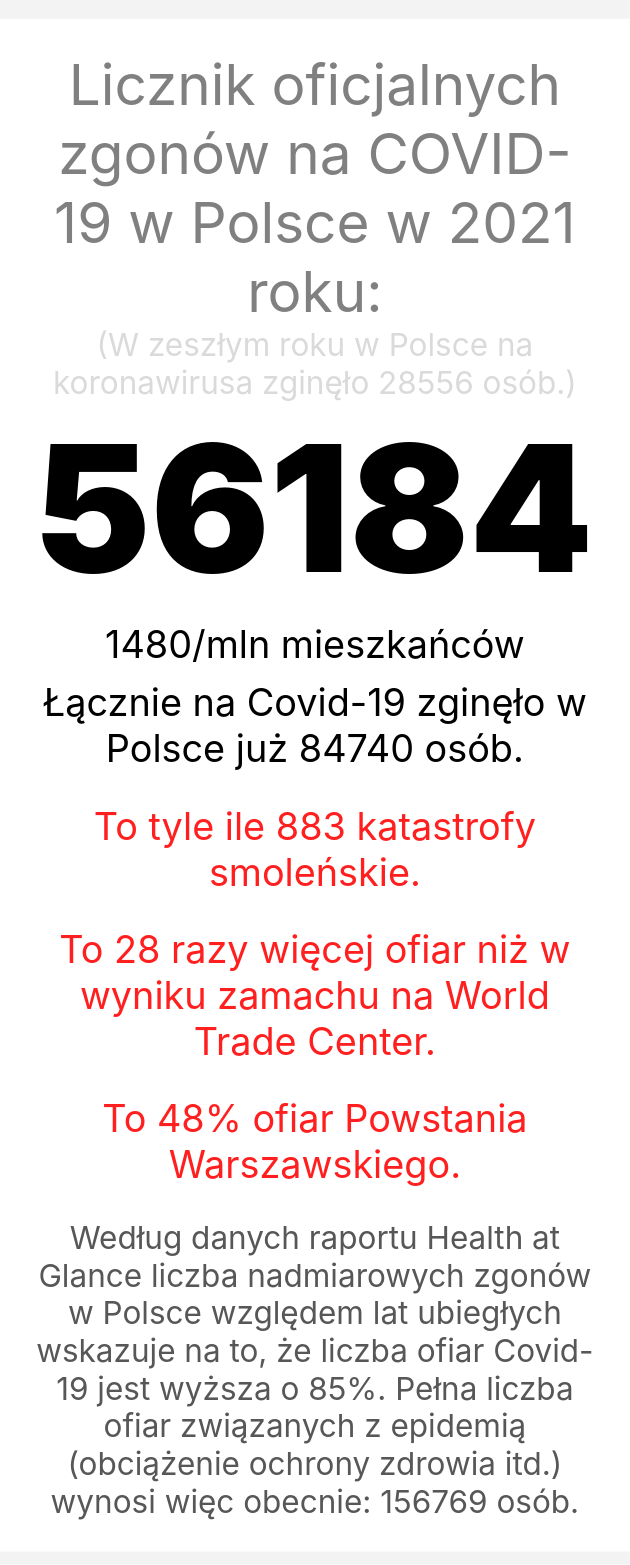
Repository: michalgornicki/poland-covid
Page: /
The author's editor kept a copy of each file at every save. The page is drawn from the files as they stood at one save, then again after the next save.
The browser window is 768 px wide. The pictures show the whole page, at 82% of full size.
The project was rebuilt for these pictures with package versions that can differ from the ones it lists, and the page was loaded fresh each time.

Above is the page before, as saved 2021-12-04 21:18:08.

### src/App.jsx
import React, { useEffect } from "react";
import "./App.css";

function App() {
  const startTime = () => {
    const date = new Date();
    let miliseconds = date.getTime();
    let seconds = Math.round(miliseconds / 1000);
    let thisYearSeconds = Math.round(seconds - 1609401600);
    let deaths = Math.round(thisYearSeconds * 0.00192110763);
    let allDeaths = deaths + 28556;
    let excessDeaths = Math.round(allDeaths*1.85);
    let smolensk = Math.round(allDeaths / 96);
    let tradeCenter = Math.round(allDeaths / 2977);
    let uprising = (allDeaths / 175000).toFixed(2) * 100;


    document.getElementsByClassName("counter")[0].innerHTML = deaths;
    let deathsPerMillion = Math.round(deaths / 37.95);
    document.getElementsByClassName("counter-2")[0].innerHTML =
      deathsPerMillion + "/mln mieszkańców";
    document.getElementsByClassName("counter-3")[0].innerHTML =
      "Łącznie na Covid-19 zginęło w Polsce już " + (deaths + 28556) + " osób.";
    document.getElementsByClassName("counter-4")[0].innerHTML =
      "To tyle ile " + smolensk + " katastrofy smoleńskie.";
      document.getElementsByClassName("counter-4")[1].innerHTML =
      "To " + tradeCenter + " razy więcej ofiar niż w wyniku zamachu na World Trade Center.";
      document.getElementsByClassName("counter-4")[2].innerHTML =
      "To " + uprising + "% ofiar Powstania Warszawskiego.";

      document.getElementsByClassName("counter-5")[0].innerHTML =
      "Według danych raportu Health at Glance liczba nadmiarowych zgonów w Polsce względem lat ubiegłych wskazuje na to, że liczba ofiar Covid-19 jest wyższa o 85%. Pełna liczba ofiar związanych z epidemią (obciążenie ochrony zdrowia itd.) wynosi więc obecnie: " + (excessDeaths) + " osób.";

    setTimeout(startTime, 1000);
  };

  useEffect(() => {
    startTime();
  });

  return (
    <p>
      <div className="text-container">
        <div className="header">
          Licznik oficjalnych zgonów na COVID-19 w Polsce w 2021 roku:
        </div>
        <div className="header-2">
          (W zeszłym roku w Polsce na koronawirusa zginęło 28556 osób.)
        </div>
        <div className="counter">{""}</div>
        <div className="counter-2">{""}</div>
        <div className="counter-3"></div>
        <div className="counter-4"></div>
        <div className="counter-4"></div>
        <div className="counter-4"></div>
        <div className="counter-5"></div>
      </div>
    </p>
  );
}

export default App;

### src/App.css
body{
    background-color: rgb(243, 243, 243);
}

.text-container{
    display: block;
    margin: auto;
    background-color: white;
    width: 60%;
    padding: 5vmin;
}

.header{
    font-size: 6vmin;
    display: block;
    margin: auto;
    width: 50%;
    text-align: center;
    color: gray;
}

.header-2{
    font-size: 2vmin;
    display: block;
    margin: auto;
    width: 50%;
    text-align: center;
    color: rgb(218, 218, 218);
}

.counter{
    font-size: 20vmin;
    font-weight: 900;
    display: block;
    margin: auto;
    width: 50%;
    text-align: center;
    color: rgb(0, 0, 0);
}

.counter-2{
    font-size: 3vmin;
    display: block;
    margin: auto;
    margin-top: 1vmin;
    width: 50%;
    text-align: center;
}

.counter-3{
    font-size: 3vmin;
    display: block;
    margin: auto;
    margin-top: 2vmin;
    width: 50%;
    text-align: center;
    color: rgb(0, 0, 0);
}

.counter-4{
    font-size: 2.5vmin;
    display: block;
    margin: auto;
    margin-top: 2vmin;
    width: 70%;
    text-align: center;
    color: rgb(255, 31, 31);
}


.counter-5{
    font-size: 2vmin;
    display: block;
    margin: auto;
    margin-top: 5vmin;
    width: fit-content;
    text-align: center;
    color: rgb(87, 87, 87);
}

@media only screen and (max-width: 800px) {

    .text-container{
        display: block;
        margin: auto;
        margin-top: 3%;
        background-color: white;
        width: 90%;
        padding: 5vmin;
    }

    .header{
        font-size: 9vmin;
        display: block;
        margin: auto;
        width: 100%;
        text-align: center;
        color: gray;
    }

    .header-2{
        font-size: 5vmin;
        display: block;
        margin: auto;
        width: 100%;
        text-align: center;
        color: rgb(218, 218, 218);
    }

    .counter{
        font-size: 28vmin;
        font-weight: 900;
        display: block;
        margin: auto;
        width: fit-content;
        text-align: center;
        color: rgb(0, 0, 0);
    }

    .counter-2{
        font-size: 6vmin;
        display: block;
        margin: auto;
        margin-top: 1vmin;
        width: fit-content;
        text-align: center;
    }

    .counter-3{
        font-size: 6vmin;
        display: block;
        margin: auto;
        margin-top: 2vmin;
        width: fit-content;
        text-align: center;
        color: rgb(0, 0, 0);
    }

    .counter-4{
        font-size: 6vmin;
        display: block;
        margin: auto;
        margin-top: 5vmin;
        width: fit-content;
        text-align: center;
        color: rgb(255, 31, 31);
    }


    .counter-5{
        font-size: 5vmin;
        display: block;
        margin: auto;
        margin-top: 5vmin;
        width: fit-content;
        text-align: center;
        color: rgb(87, 87, 87);
    }

}

Loaded but not shown: public/index.html (common file); src/index.js (common file); src/index.css (common file); src/reportWebVitals.js (common file)

After the next save:
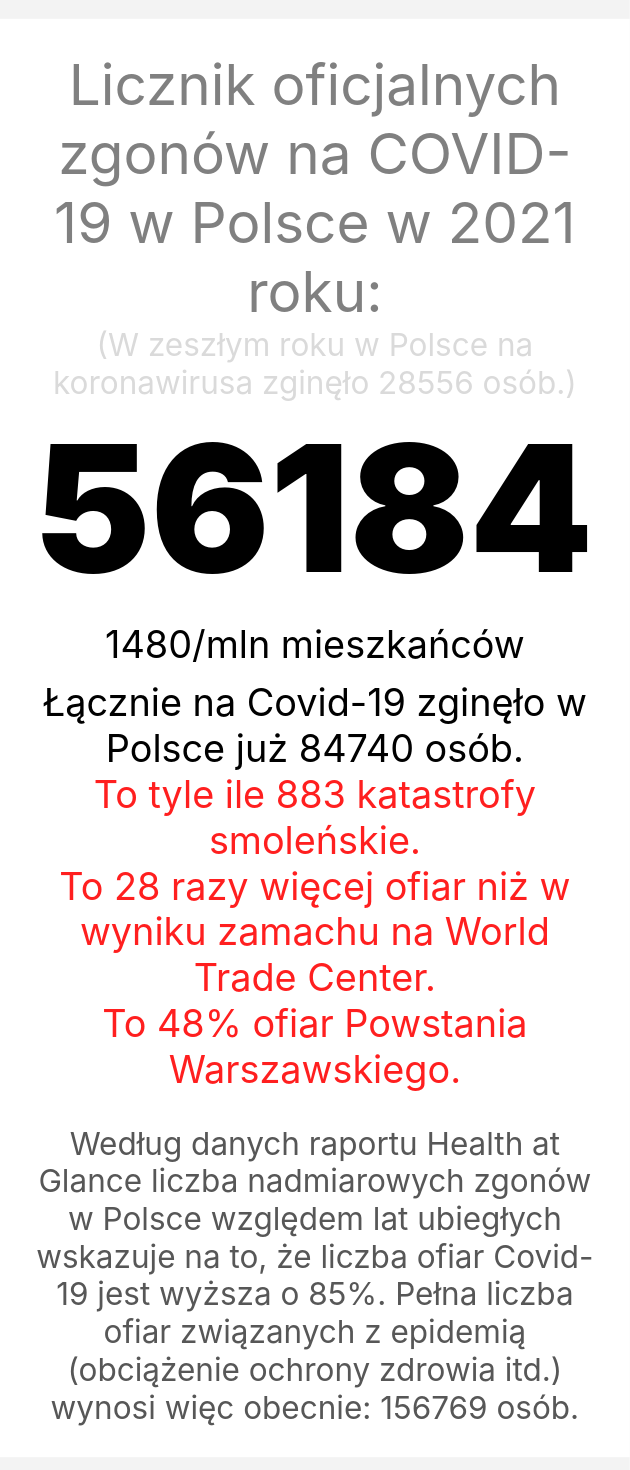
Saved 6 s later.
--- a/src/App.css
+++ b/src/App.css
@@ -140,7 +140,7 @@
         font-size: 6vmin;
         display: block;
         margin: auto;
-        margin-top: 5vmin;
+        margin-top: 0vmin;
         width: fit-content;
         text-align: center;
         color: rgb(255, 31, 31);

After the save that followed:
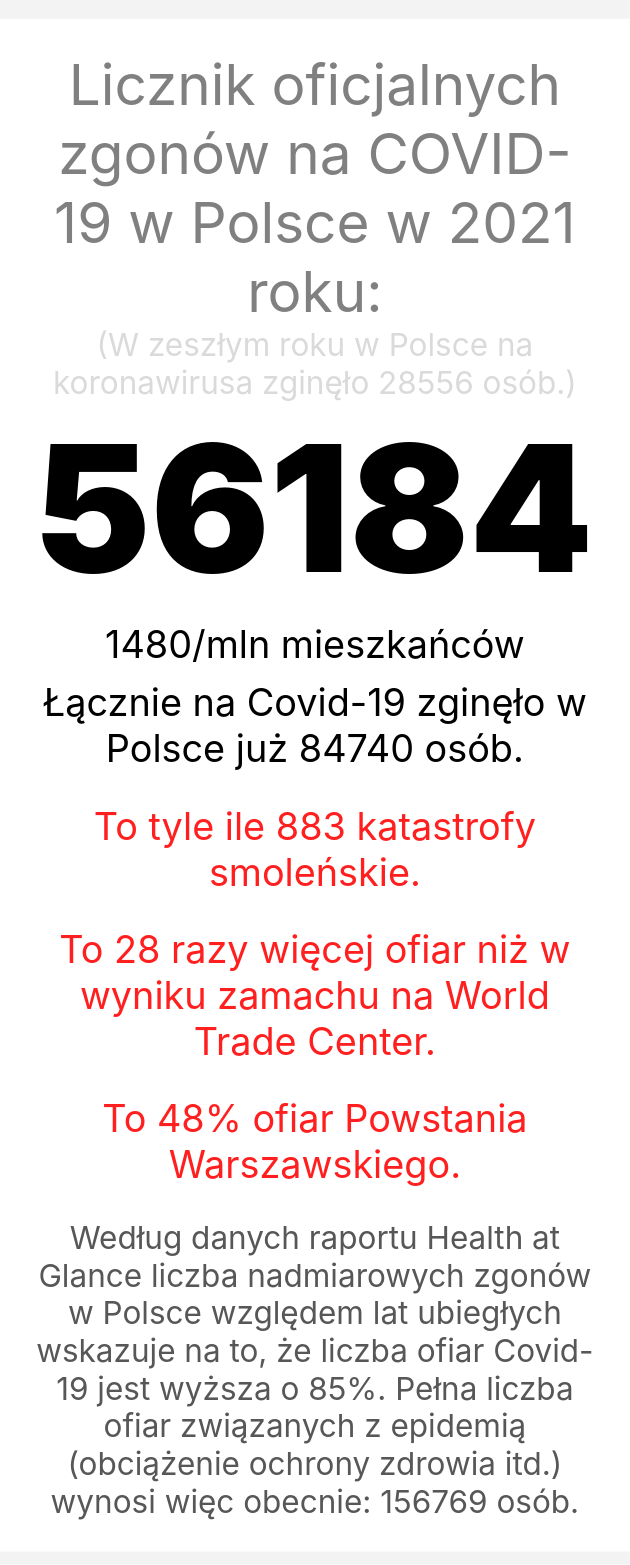
Saved 4 s later.
--- a/src/App.css
+++ b/src/App.css
@@ -140,7 +140,7 @@
         font-size: 6vmin;
         display: block;
         margin: auto;
-        margin-top: 0vmin;
+        margin-top: 5vmin;
         width: fit-content;
         text-align: center;
         color: rgb(255, 31, 31);
